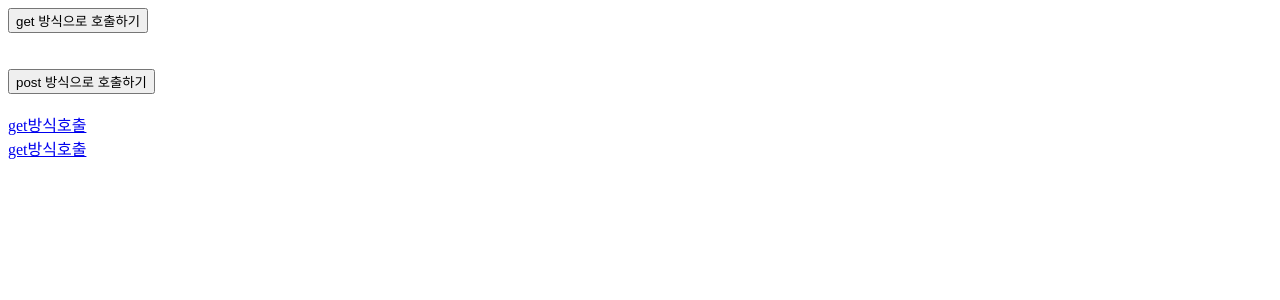
Repository: dkfagh/JSP_WS_2019_1
Page: http://localhost/Hello/
An editor plug-in stored every save of this project. The page is shown before and after the next save, followed by the edit.
The browser window is 1280 px wide. The pictures show the whole page.
The page is served by Tomcat 9. Other server files are loaded and not shown.

Above is the page before, as saved 2019-11-11 05:55:55.

### Hello/WebContent/index.jsp
<%@ page language="java" contentType="text/html; charset=UTF-8"
    pageEncoding="UTF-8"%>
<!DOCTYPE html>
<html>
<head>
<meta charset="UTF-8">
<title>Insert title here</title>
<script>
	function goServlet(){
		location.href="MethodServlet";
	}
</script>
</head>
<body>
<form method="get" action="MethodServlet">
	<input type="submit" value="get 방식으로 호출하기">
</form>
<br><br>
<form method="post" action="MethodServlet">
	<input type="submit" value="post 방식으로 호출하기">
</form>
<br>
<a href="MethodServlet">get방식호출</a>
<br>
<a href="#" onclick="goServlet()">get방식호출</a>
<br>
</body>
</html>

After the next save:
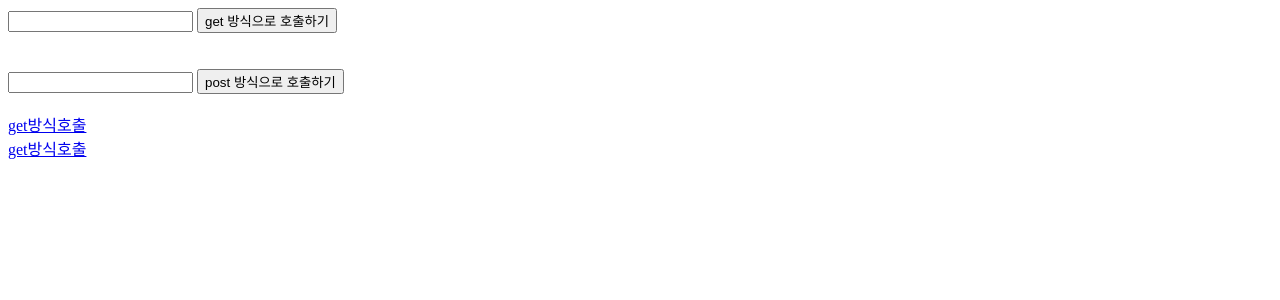
Saved 12 min 35 s later.
--- a/Hello/WebContent/index.jsp
+++ b/Hello/WebContent/index.jsp
@@ -13,10 +13,12 @@
 </head>
 <body>
 <form method="get" action="MethodServlet">
+	<input type="id" name="id">
 	<input type="submit" value="get 방식으로 호출하기">
 </form>
 <br><br>
 <form method="post" action="MethodServlet">
+	<input type="id" name="id">
 	<input type="submit" value="post 방식으로 호출하기">
 </form>
 <br>
